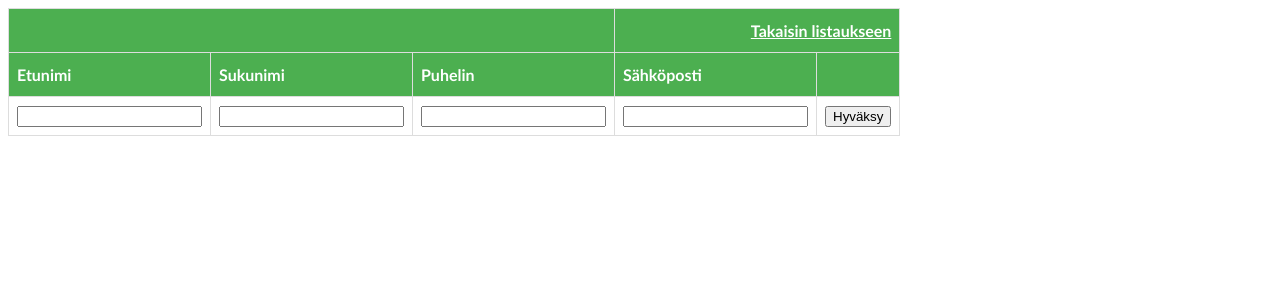
Repository: Muutostehdas/Viikko7
Page: http://localhost/Asiakas_NatiiviJS/muutaasiakas.jsp
An editor plug-in stored every save of this project. The page is shown before and after the next save, followed by the edit.
The browser window is 1280 px wide. The pictures show the whole page.
The page is served by Tomcat 9.

Above is the page before, as saved 2021-05-15 09:26:43.
Console error: SyntaxError: Unexpected token ')'

After the next save:
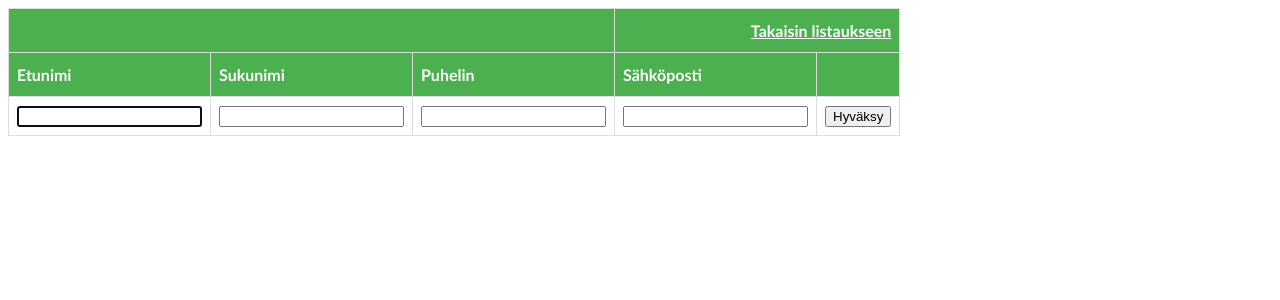
Console error (its wording comes from the project's code and is left out).
Saved 34 s later.
--- a/Asiakas_NatiiviJS/WebContent/muutaasiakas.jsp
+++ b/Asiakas_NatiiviJS/WebContent/muutaasiakas.jsp
@@ -86,7 +86,7 @@ function vieTiedot(){
 		ilmo="Puhelinnumero ei kelpaa!";
 	}else if(document.getElementById("sposti").value.length<6){
 		ilmo="Sähköpostiosoite ei kelpaa!";
-	}else if(){document.getElementById("asiakas_id").value*1!=document.getElementById("asiakas_id").value){
+	}else if(document.getElementById("asiakas_id").value*1!=document.getElementById("asiakas_id").value){
 		ilmo="Asiakastunnus virheelinen!";
 	}
 	if(ilmo!=""){
